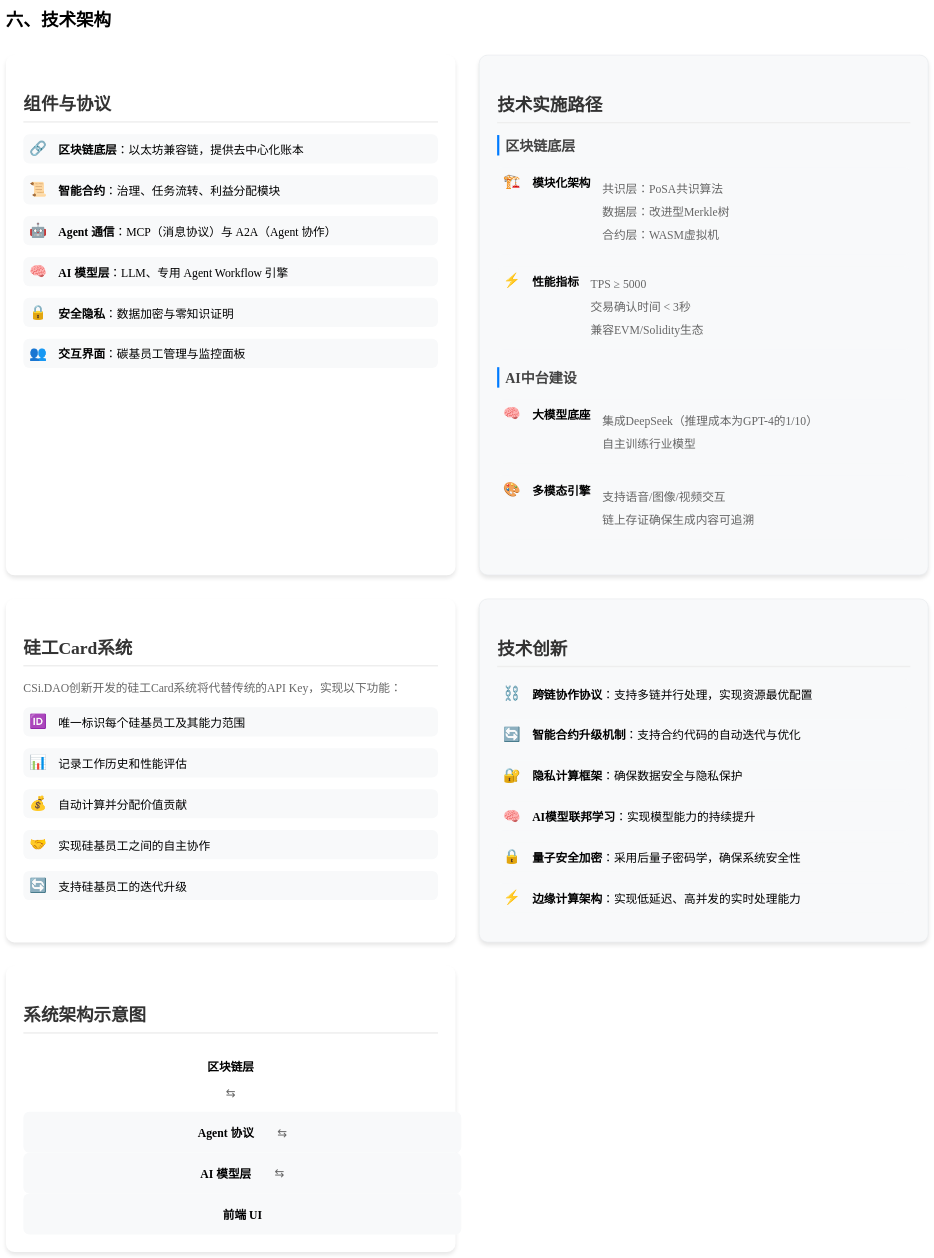
Repository: delez911/ainize
Page: static-site/src/components/technology/technology.html
The author's editor kept a copy of each file at every save. The page is drawn from the files as they stood at one save, then again after the next save.
The browser window is 1280 px wide. The pictures show the whole page, at 73% of full size.

Above is the page before, as saved 2025-04-24 10:50:12.

### static-site/src/components/technology/technology.html
<section id="technology" class="section">
  <div class="section-container">
    <h2 class="section-title">六、技术架构</h2>
    <div class="content">
      <div class="tech-grid">
        <!-- 组件与协议 -->
        <div class="tech-card">
          <h3 class="tech-card-title">组件与协议</h3>
          <div class="tech-card-content">
            <ul class="tech-list">
              <li class="tech-item">
                <span class="tech-icon">🔗</span>
                <strong>区块链底层</strong>：以太坊兼容链，提供去中心化账本
              </li>
              <li class="tech-item">
                <span class="tech-icon">📜</span>
                <strong>智能合约</strong>：治理、任务流转、利益分配模块
              </li>
              <li class="tech-item">
                <span class="tech-icon">🤖</span>
                <strong>Agent 通信</strong>：MCP（消息协议）与 A2A（Agent 协作）
              </li>
              <li class="tech-item">
                <span class="tech-icon">🧠</span>
                <strong>AI 模型层</strong>：LLM、专用 Agent Workflow 引擎
              </li>
              <li class="tech-item">
                <span class="tech-icon">🔒</span>
                <strong>安全隐私</strong>：数据加密与零知识证明
              </li>
              <li class="tech-item">
                <span class="tech-icon">👥</span>
                <strong>交互界面</strong>：碳基员工管理与监控面板
              </li>
            </ul>
          </div>
        </div>

        <!-- 技术实施路径 -->
        <div class="tech-card implementation">
          <h3 class="tech-card-title">技术实施路径</h3>
          <div class="tech-card-content">
            <div class="implementation-section">
              <h4 class="implementation-subtitle">区块链底层</h4>
              <ul class="tech-list">
                <li class="tech-item">
                  <span class="tech-icon">🏗️</span>
                  <strong>模块化架构</strong>
                  <ul class="tech-sublist">
                    <li>共识层：PoSA共识算法</li>
                    <li>数据层：改进型Merkle树</li>
                    <li>合约层：WASM虚拟机</li>
                  </ul>
                </li>
                <li class="tech-item">
                  <span class="tech-icon">⚡</span>
                  <strong>性能指标</strong>
                  <ul class="tech-sublist">
                    <li>TPS ≥ 5000</li>
                    <li>交易确认时间 &lt; 3秒</li>
                    <li>兼容EVM/Solidity生态</li>
                  </ul>
                </li>
              </ul>
            </div>
            <div class="implementation-section">
              <h4 class="implementation-subtitle">AI中台建设</h4>
              <ul class="tech-list">
                <li class="tech-item">
                  <span class="tech-icon">🧠</span>
                  <strong>大模型底座</strong>
                  <ul class="tech-sublist">
                    <li>集成DeepSeek（推理成本为GPT-4的1/10）</li>
                    <li>自主训练行业模型</li>
                  </ul>
                </li>
                <li class="tech-item">
                  <span class="tech-icon">🎨</span>
                  <strong>多模态引擎</strong>
                  <ul class="tech-sublist">
                    <li>支持语音/图像/视频交互</li>
                    <li>链上存证确保生成内容可追溯</li>
                  </ul>
                </li>
              </ul>
            </div>
          </div>
        </div>

        <!-- 硅工Card系统 -->
        <div class="tech-card">
          <h3 class="tech-card-title">硅工Card系统</h3>
          <div class="tech-card-content">
            <p class="tech-description">CSi.DAO创新开发的硅工Card系统将代替传统的API Key，实现以下功能：</p>
            <ul class="tech-list">
              <li class="tech-item">
                <span class="tech-icon">🆔</span>
                唯一标识每个硅基员工及其能力范围
              </li>
              <li class="tech-item">
                <span class="tech-icon">📊</span>
                记录工作历史和性能评估
              </li>
              <li class="tech-item">
                <span class="tech-icon">💰</span>
                自动计算并分配价值贡献
              </li>
              <li class="tech-item">
                <span class="tech-icon">🤝</span>
                实现硅基员工之间的自主协作
              </li>
              <li class="tech-item">
                <span class="tech-icon">🔄</span>
                支持硅基员工的迭代升级
              </li>
            </ul>
          </div>
        </div>

        <!-- 技术创新 -->
        <div class="tech-card highlight">
          <h3 class="tech-card-title">技术创新</h3>
          <div class="tech-card-content">
            <ul class="tech-list">
              <li class="tech-item">
                <span class="tech-icon">⛓️</span>
                <strong>跨链协作协议</strong>：支持多链并行处理，实现资源最优配置
              </li>
              <li class="tech-item">
                <span class="tech-icon">🔄</span>
                <strong>智能合约升级机制</strong>：支持合约代码的自动迭代与优化
              </li>
              <li class="tech-item">
                <span class="tech-icon">🔐</span>
                <strong>隐私计算框架</strong>：确保数据安全与隐私保护
              </li>
              <li class="tech-item">
                <span class="tech-icon">🧠</span>
                <strong>AI模型联邦学习</strong>：实现模型能力的持续提升
              </li>
              <li class="tech-item">
                <span class="tech-icon">🔒</span>
                <strong>量子安全加密</strong>：采用后量子密码学，确保系统安全性
              </li>
              <li class="tech-item">
                <span class="tech-icon">⚡</span>
                <strong>边缘计算架构</strong>：实现低延迟、高并发的实时处理能力
              </li>
            </ul>
          </div>
        </div>

        <!-- 系统架构示意图 -->
        <div class="tech-card architecture">
          <h3 class="tech-card-title">系统架构示意图</h3>
          <div class="tech-card-content">
            <div class="architecture-diagram">
                <span class="layer-name">区块链层</span>
                <span class="layer-arrow">⇆</span>
              </div>
              <div class="diagram-layer">
                <span class="layer-name">Agent 协议</span>
                <span class="layer-arrow">⇆</span>
              </div>
              <div class="diagram-layer">
                <span class="layer-name">AI 模型层</span>
                <span class="layer-arrow">⇆</span>
              </div>
              <div class="diagram-layer">
                <span class="layer-name">前端 UI</span>
              </div>
            </div>
          </div>
        </div>
      </div>
    </div>
  </div>
</section>

<style>
.tech-grid {
  display: grid;
  grid-template-columns: repeat(2, 1fr);
  gap: 2rem;
  margin-top: 2rem;
}

.tech-card {
  background: #fff;
  border-radius: 12px;
  padding: 1.5rem;
  box-shadow: 0 4px 6px rgba(0, 0, 0, 0.1);
  transition: transform 0.3s ease;
}

.tech-card:hover {
  transform: translateY(-5px);
}

.tech-card-title {
  color: #333;
  font-size: 1.5rem;
  margin-bottom: 1rem;
  padding-bottom: 0.5rem;
  border-bottom: 2px solid #eee;
}

.tech-list {
  list-style: none;
  padding: 0;
  margin: 0;
}

.tech-item {
  display: flex;
  align-items: flex-start;
  margin-bottom: 1rem;
  padding: 0.5rem;
  border-radius: 8px;
  background: #f8f9fa;
}

.tech-icon {
  margin-right: 1rem;
  font-size: 1.2rem;
  flex-shrink: 0;
}

.tech-sublist {
  list-style: none;
  padding-left: 1rem;
  margin-top: 0.5rem;
}

.tech-sublist li {
  margin-bottom: 0.5rem;
  color: #666;
}

.implementation-section {
  margin-bottom: 1.5rem;
}

.implementation-subtitle {
  color: #444;
  font-size: 1.2rem;
  margin: 1rem 0;
  padding-left: 0.5rem;
  border-left: 3px solid #007bff;
}

.tech-description {
  margin-bottom: 1rem;
  color: #666;
}

.architecture-diagram {
  display: flex;
  flex-direction: column;
  align-items: center;
  gap: 1rem;
  padding: 1rem;
}

.diagram-layer {
  display: flex;
  align-items: center;
  justify-content: center;
  width: 100%;
  padding: 1rem;
  background: #f8f9fa;
  border-radius: 8px;
}

.layer-name {
  font-weight: bold;
  margin: 0 1rem;
}

.layer-arrow {
  color: #666;
  margin: 0 1rem;
}

.highlight {
  background: #f8f9fa;
  border: 1px solid #e9ecef;
}

.implementation {
  background: #f8f9fa;
  border: 1px solid #e9ecef;
}

@media (max-width: 768px) {
  .tech-grid {
    grid-template-columns: 1fr;
  }
}
</style>

After the next save:
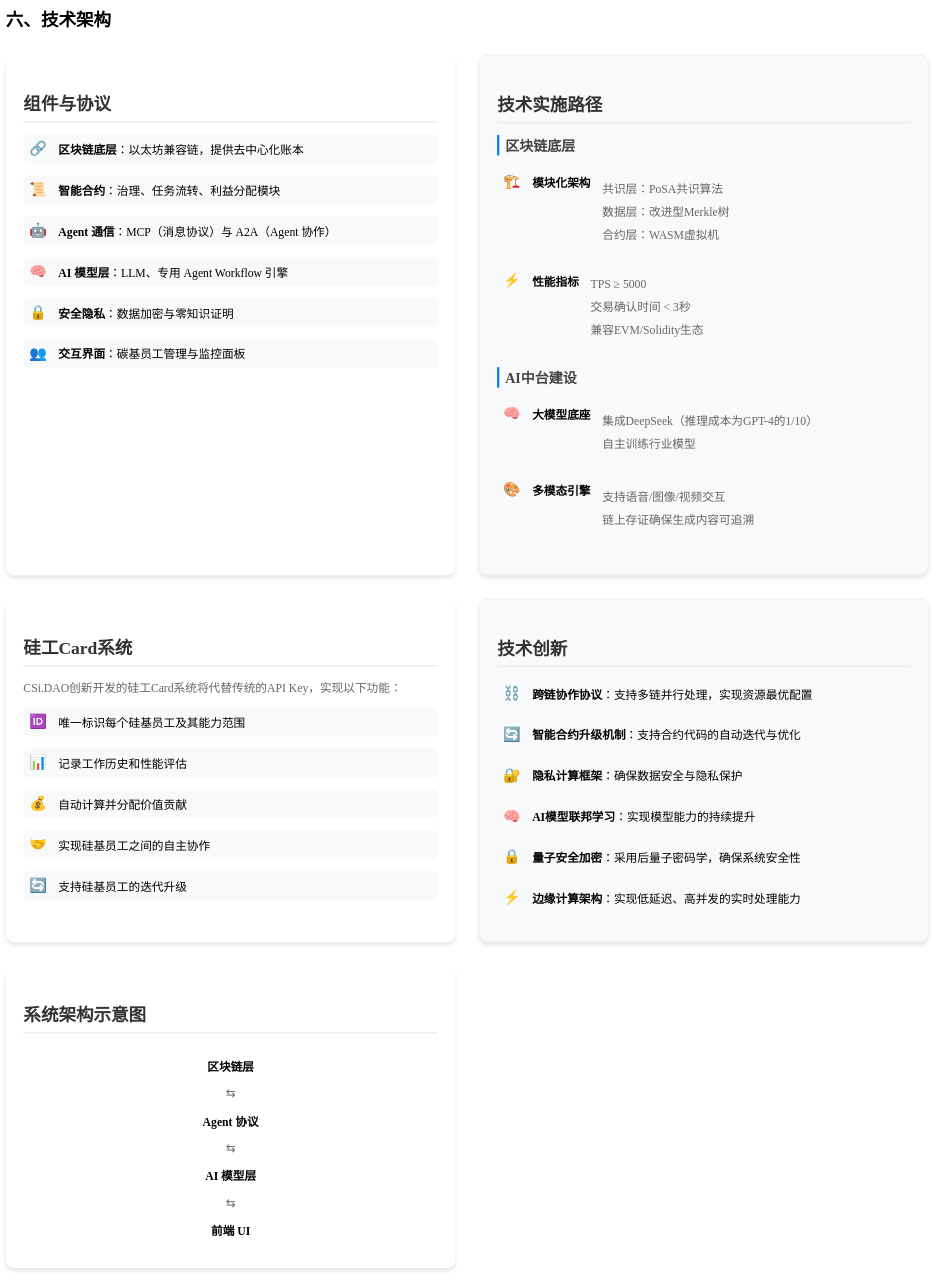
Saved 6 s later.
--- a/static-site/src/components/technology/technology.html
+++ b/static-site/src/components/technology/technology.html
@@ -157,16 +157,10 @@
             <div class="architecture-diagram">
                 <span class="layer-name">区块链层</span>
                 <span class="layer-arrow">⇆</span>
-              </div>
-              <div class="diagram-layer">
                 <span class="layer-name">Agent 协议</span>
                 <span class="layer-arrow">⇆</span>
-              </div>
-              <div class="diagram-layer">
                 <span class="layer-name">AI 模型层</span>
                 <span class="layer-arrow">⇆</span>
-              </div>
-              <div class="diagram-layer">
                 <span class="layer-name">前端 UI</span>
               </div>
             </div>
